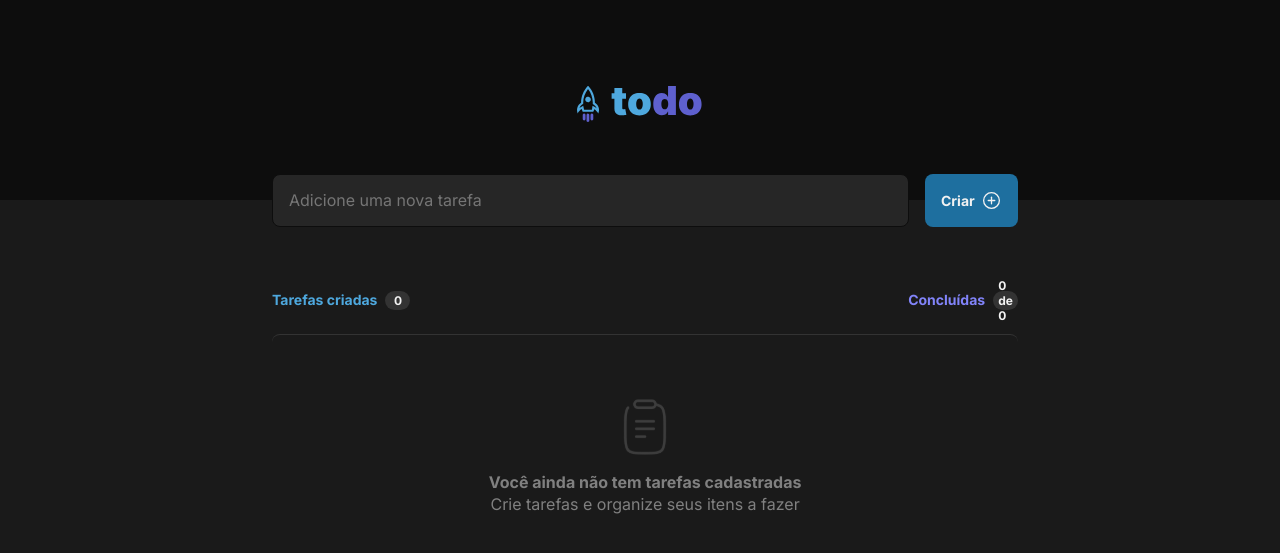
Repository: viniimartins/ToDoListROCKETSEAT
Page: /
An editor plug-in stored every save of this project. The page is shown before and after the next save, followed by the edit.
The browser window is 1280 px wide. The pictures show the whole page.
The project was rebuilt for these pictures with package versions that can differ from the ones it lists, and the page was loaded fresh each time. Also part of the build but not shown: vite.config.ts, src/Components/TaskCreated.module.css, src/Components/TaskCreated.tsx.

Above is the page before, as saved 2023-05-08 21:16:09.

After the next save:
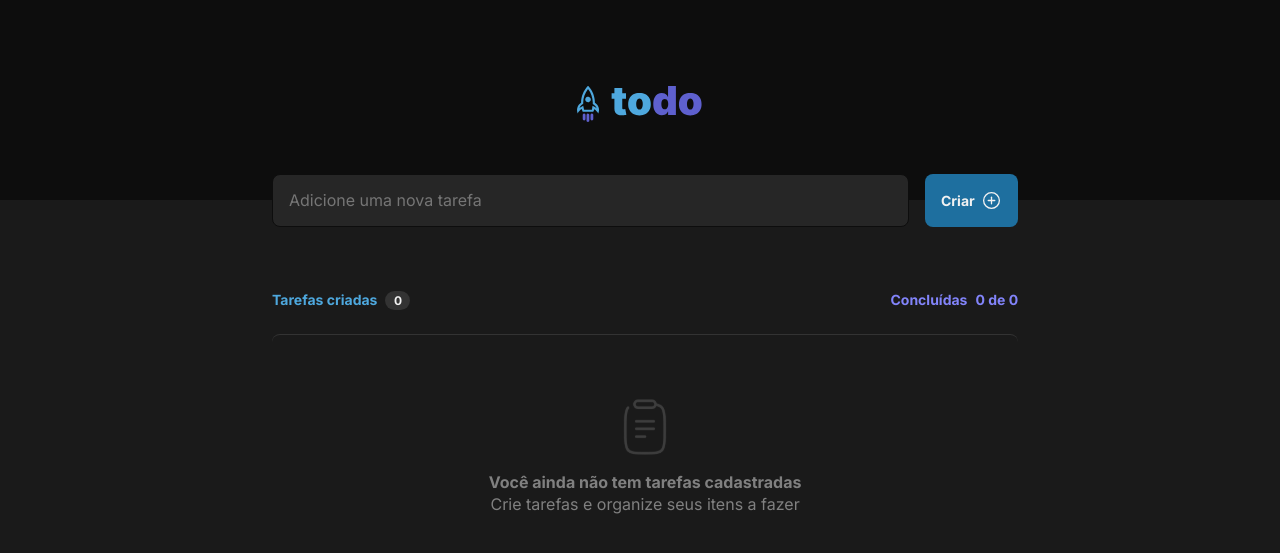
Saved 29 s later.
--- a/src/Components/Task.tsx
+++ b/src/Components/Task.tsx
@@ -29,7 +29,7 @@
         <div className={styles.taskConcluded}>
           <p>Concluídas</p>
 
-          <span className={styles.taskCounter}>
+          <span className={styles.taskCounterConclued}>
             <p>{tasks.length} de {tasks.length}</p>
           </span>
         </div>
